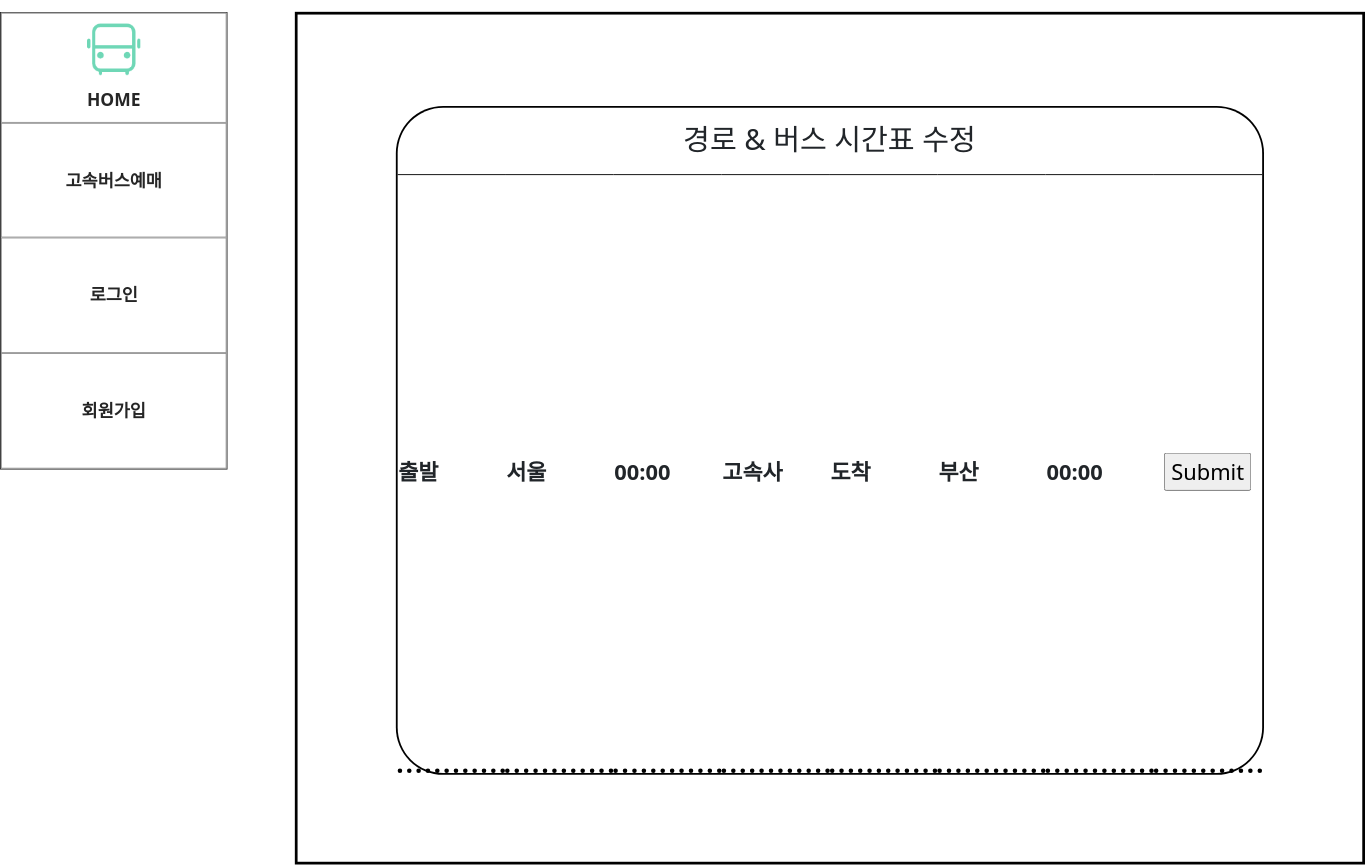
Repository: rudqhd79/spring_personal
Page: http://localhost/edit/edit
These files come from the project's save history. The page is drawn as it stood at one moment and after the next save; the edit follows.
The browser window is 1280 px wide. The page is 1500 px wide, so the pictures cover 1500 px, including what lies to the right of the window. The pictures show the whole page, at 91% of full size.
The page is this project's Thymeleaf template; nobody is signed in. The template is opened directly, without the code that normally fills it, so the values that code supplies are empty.

Above is the page before, as saved 2023-02-03 09:32:07.

### bus-reservation/src/main/resources/templates/edit/edit.html
<!DOCTYPE html>
<html xmlns:th="http://www.thymeleaf.org"
	xmlns:layout="http://www.ultraq.net.nz/thymeleaf/layout">
<link rel="stylesheet"
	href="//maxcdn.bootstrapcdn.com/bootstrap/latest/css/bootstrap.min.css">
<script src="//code.jquery.com/jquery.min.js"></script>
<script
	src="//maxcdn.bootstrapcdn.com/bootstrap/latest/js/bootstrap.min.js"></script>
<head>
<meta charset="UTF-8">
<title>main</title>

<!-- bootstrap css -->
<link
	href="https://cdn.jsdelivr.net/npm/bootstrap@5.3.0-alpha1/dist/css/bootstrap.min.css"
	rel="stylesheet"
	integrity="sha384-GLhlTQ8iRABdZLl6O3oVMWSktQOp6b7In1Zl3/Jr59b6EGGoI1aFkw7cmDA6j6gD"
	crossorigin="anonymous">
<link th:href="@{/css/all.css}" rel="stylesheet">
<!-- bootstrap js, popper -->
<script
	src="https://cdn.jsdelivr.net/npm/@popperjs/core@2.11.6/dist/umd/popper.min.js"
	integrity="sha384-oBqDVmMz9ATKxIep9tiCxS/Z9fNfEXiDAYTujMAeBAsjFuCZSmKbSSUnQlmh/jp3"
	crossorigin="anonymous"></script>
<script
	src="https://cdn.jsdelivr.net/npm/bootstrap@5.3.0-alpha1/dist/js/bootstrap.min.js"
	integrity="sha384-mQ93GR66B00ZXjt0YO5KlohRA5SY2XofN4zfuZxLkoj1gXtW8ANNCe9d5Y3eG5eD"
	crossorigin="anonymous"></script>
<!-- jquery  -->
<script src="https://code.jquery.com/jquery-3.6.3.min.js"
	integrity="sha256-pvPw+upLPUjgMXY0G+8O0xUf+/Im1MZjXxxgOcBQBXU="
	crossorigin="anonymous"></script>
<th:block layout:fragment="script"></th:block>
<th:block layout:fragment="css"></th:block>
</head>
<body>
	<div class="fragment-sidebar">
		<div th:replace="fragments/sidebar::sidebar"></div>
		<div class="base_angle" style="margin-top: 1vw">
			<div class="edit_border">
				<div style="text-align: center; font-size: 2em; margin: 10px 0 15px 0;">경로 & 버스 시간표 수정</div>
				<table class="edit_table" style="width:100%; height:90%;">
					<tr style="font-size: 1.5em; width: 80%; border-bottom: 5px dotted black;">
						<th class="" style="width:calc(100%/8);">출발</th>
						<th class="" style="width:calc(100%/8);">서울</th>
						<th class="" style="width:calc(100%/8);">00:00</th>
						<th class="" style="width:calc(100%/8);">고속사</th>
						<th class="" style="width:calc(100%/8);">도착</th>
						<th class="" style="width:calc(100%/8); text-align: rigth">부산</th>
						<th class="" style="width:calc(100%/8); text-align: left">00:00</th>
						<th class="" style="width:calc(100%/8); text-align: center"><input type="submit" onclick="location=''" /></th>
					</tr>
				</table>
			</div>
		</div>
	</div>
</body>
</html>

### bus-reservation/src/main/resources/templates/fragments/sidebar.html
<!DOCTYPE html>
<html xmlns:th="http://www.thymeleaf.org"
      xmlns:sec="http://www.thymeleaf.org/extras/spring-security">
<head>
<meta charset="UTF-8">
<title>Insert title here</title>
<link rel="stylesheet"
	href="//maxcdn.bootstrapcdn.com/bootstrap/latest/css/bootstrap.min.css">
<script src="//code.jquery.com/jquery.min.js"></script>
<script
	src="//maxcdn.bootstrapcdn.com/bootstrap/latest/js/bootstrap.min.js"></script>
</head>
<body>
<!-- 사이드바 -->
	<div th:fragment="sidebar" class="sidebar-total">
		<div id="page-wrapper">
			<div id="sidebar-wrapper">
				<ul class="sidebar-nav">
					<li class="sidebar-main">
						<a href="/">
						<img src="/img/bus_icon.png" style="width:60px; height: 60px; margin-top: 10px;">
							<p class="home">HOME</p>
						</a>
					</li>
					<li class="sidebar-main sidebar-nav_li">
						<a href="/">고속버스예매</a>
					</li>
					<li class="sidebar-main sidebar-nav_li" sec:authorize="isAnonymous()">
						<a href="login">로그인</a>
					</li>
					<li class="sidebar-main sidebar-nav_li" sec:authorize="isAuthenticated()">
						<a href="logout">로그아웃</a>
					</li>
					<li class="sidebar-main sidebar-nav_li" sec:authorize="isAnonymous()">
						<a href="join">회원가입</a>
					</li>
					<li class="sidebar-main sidebar-nav_li"  sec:authorize="isAuthenticated()">
						<a href="check">예매확인 (좌석변경)</a>
					</li>
					<li class="sidebar-main sidebar-nav_li"  sec:authorize="isAuthenticated()">
						<a href="cancel">예매취소</a>
					</li>
					<li class="sidebar-main sidebar-nav_li" sec:authorize="hasAnyAuthority('ROLE_ADMIN')">
						<a href="edit">수정 (관리자 전용)</a>
					</li>
				</ul>
			</div>
		</div>
	</div>
<!-- /사이드바 -->
</body>
</html>

Loaded but not shown: bus-reservation/src/main/resources/static/css/all.css (library)

After the next save:
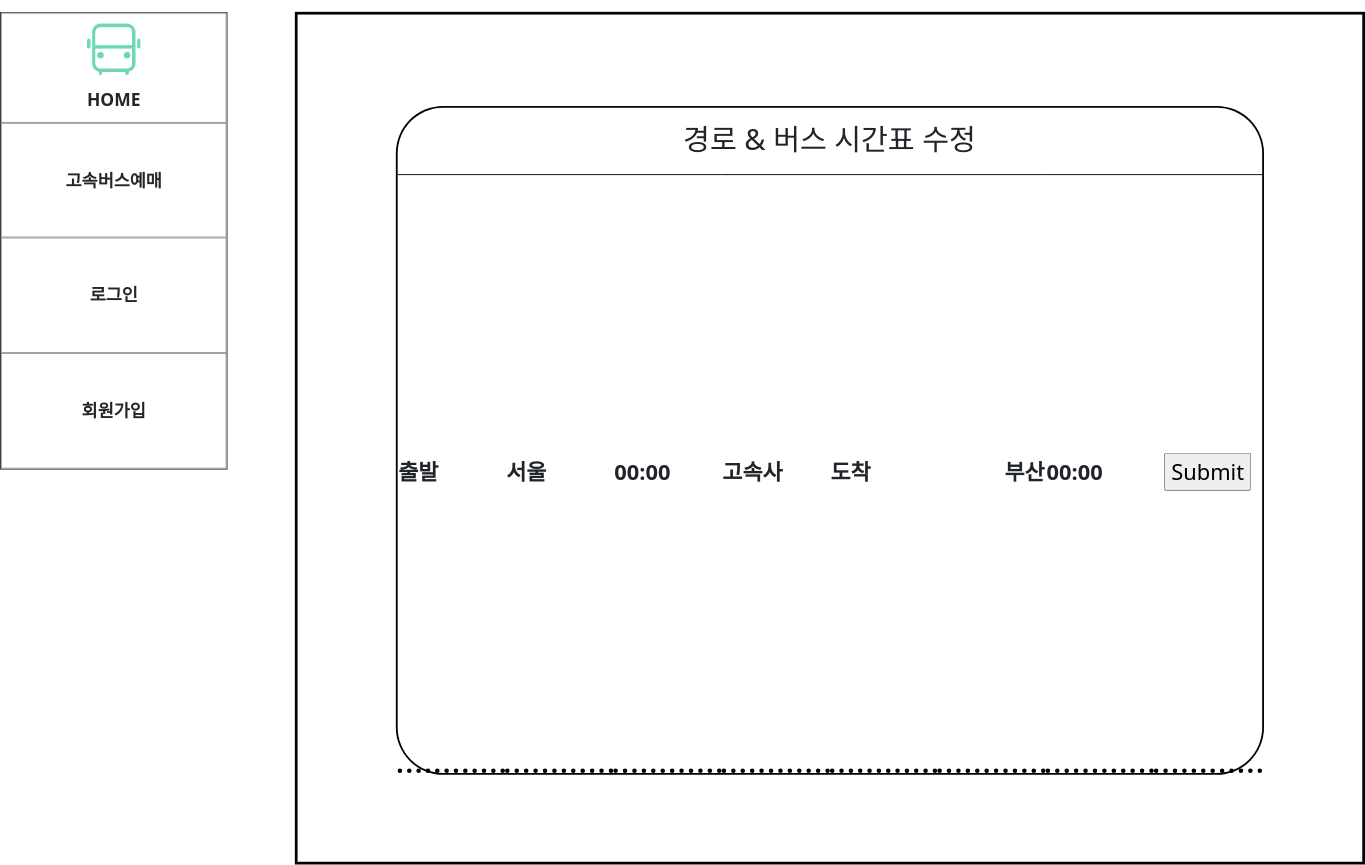
Saved 20 s later.
--- a/bus-reservation/src/main/resources/templates/edit/edit.html
+++ b/bus-reservation/src/main/resources/templates/edit/edit.html
@@ -46,7 +46,7 @@
 						<th class="" style="width:calc(100%/8);">00:00</th>
 						<th class="" style="width:calc(100%/8);">고속사</th>
 						<th class="" style="width:calc(100%/8);">도착</th>
-						<th class="" style="width:calc(100%/8); text-align: rigth">부산</th>
+						<th class="" style="width:calc(100%/8); text-align: right;">부산</th>
 						<th class="" style="width:calc(100%/8); text-align: left">00:00</th>
 						<th class="" style="width:calc(100%/8); text-align: center"><input type="submit" onclick="location=''" /></th>
 					</tr>
